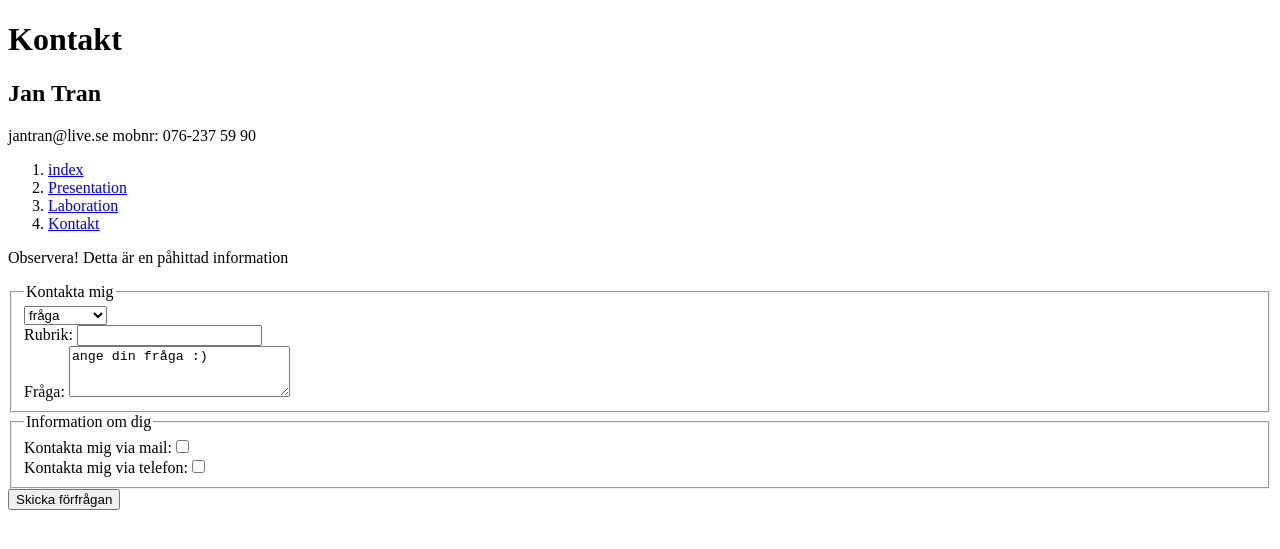
Repository: jt222ic/1ik415-jt222ic-lab-1
Page: pages/kontakt.html
The author's editor kept a record of every edit. The page is drawn from the files as they stood at one moment, then again after the next edit.
The browser window is 1280 px wide. The pictures show the whole page.

Above is the page before.

### pages/kontakt.html
<!DOCTYPE html>
<html lang="sv">
    <head>
        <meta charset= "UTF-8" />
        <title>Leva Livet</title>

    </head>
    <body>
    <h1>Kontakt</h1>
    <h2>Jan Tran</h2>
    <p> jantran@live.se mobnr: 076-237 59 90</p>

<ol>
        <li><a href="../index.html"> index</a></li>
        <li><a href ="presentation.html">Presentation</a></li>
        <li><a href="laboration.html">Laboration</a></li>
        <li><a href ="kontakt.html">Kontakt</a></li>
</ol>
    <p>Observera! Detta är en påhittad information</p>

    <form action="http://voyager.lnu.se/tekinet/kurser/dtt/wp_webbintro/form.php" method="post">
    <fieldset>
    <legend>Kontakta mig</legend>


<select name="Ärende">
          <option value="fråga">fråga</option>
          <option value="kom hit">kom hit</option>
          <option value="kundtjänst">kundtjänst</option>
          <option value="jan" >Jan</option>
</select>






<br>Rubrik: <input type="text" name="Rubrik">




<br>Fråga: <textarea rows="3" cols="25" name="Fråga">
ange din fråga :)</textarea>


 </fieldset>


    <fieldset>

<legend>Information om dig</legend>



Kontakta mig via mail:<input type="checkbox" name="E-mail" value="">         <br>
Kontakta mig via telefon:<input type="checkbox" name="Telefon" value="">





    </fieldset>




      <input type="submit" value="Skicka förfrågan">

      </form>
    </body>




</html>

After the next edit:
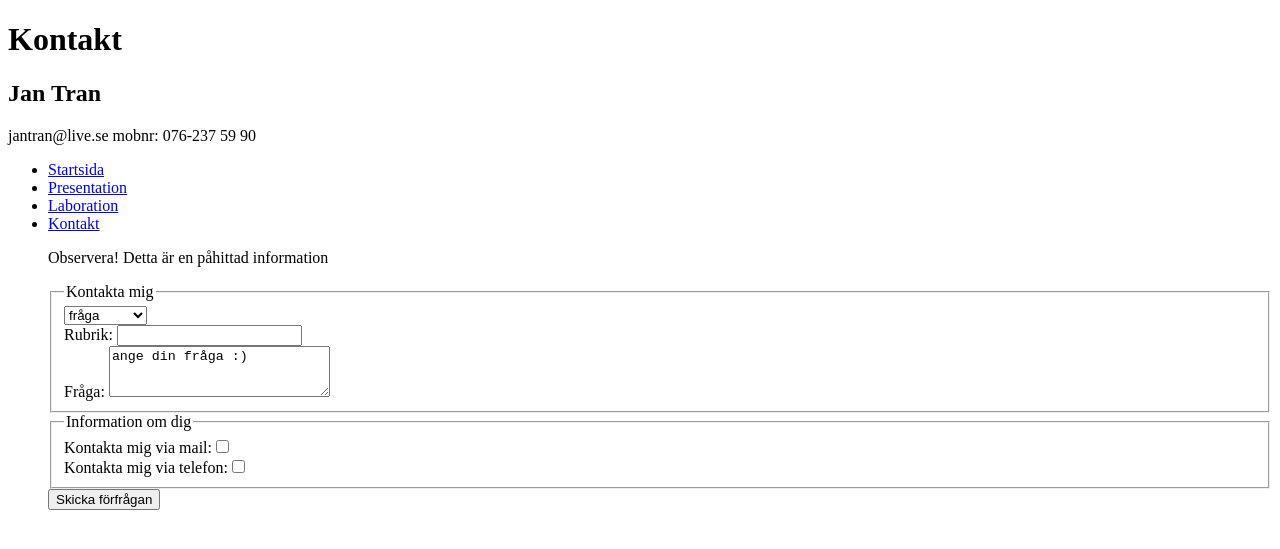
The edit:
--- a/pages/kontakt.html
+++ b/pages/kontakt.html
@@ -10,8 +10,8 @@
     <h2>Jan Tran</h2>
     <p> jantran@live.se mobnr: 076-237 59 90</p>
 
-<ol>
-        <li><a href="../index.html"> index</a></li>
+<ul>
+        <li><a href="../index.html"> Startsida</a></li>
         <li><a href ="presentation.html">Presentation</a></li>
         <li><a href="laboration.html">Laboration</a></li>
         <li><a href ="kontakt.html">Kontakt</a></li>

After the edit that followed:
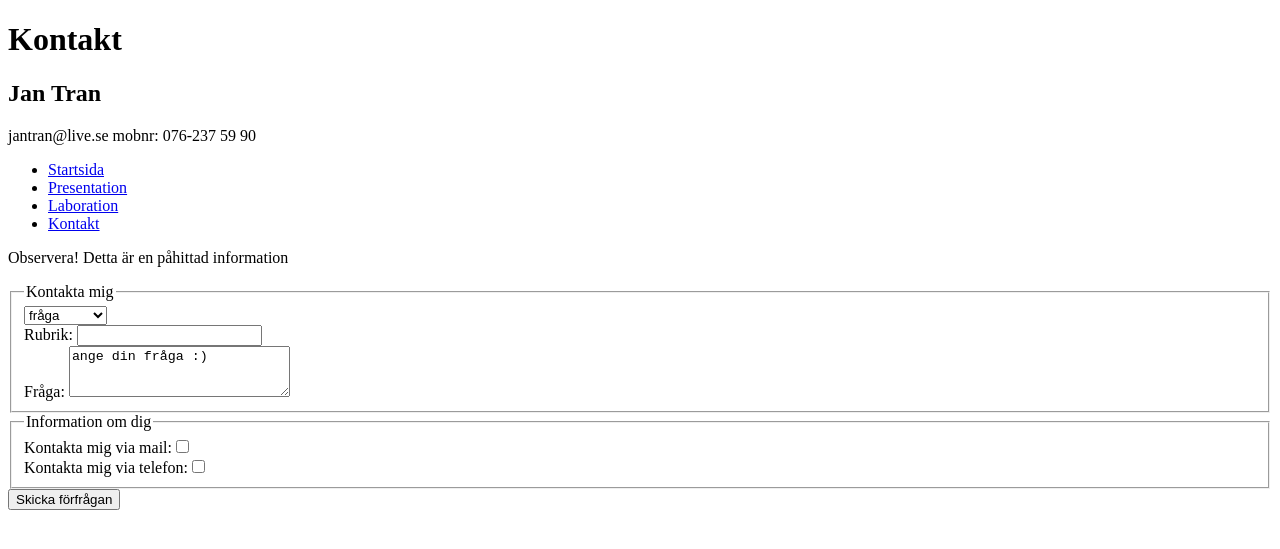
The edit:
--- a/pages/kontakt.html
+++ b/pages/kontakt.html
@@ -15,7 +15,7 @@
         <li><a href ="presentation.html">Presentation</a></li>
         <li><a href="laboration.html">Laboration</a></li>
         <li><a href ="kontakt.html">Kontakt</a></li>
-</ol>
+</ul>
     <p>Observera! Detta är en påhittad information</p>
 
     <form action="http://voyager.lnu.se/tekinet/kurser/dtt/wp_webbintro/form.php" method="post">
